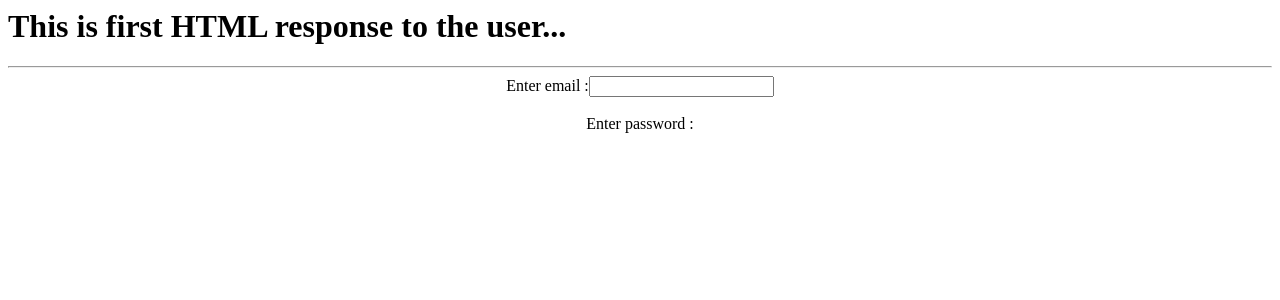
Repository: devandevare/Java
Page: http://localhost/first-web-app/sing-up
An editor plug-in stored every save of this project. The page is shown before and after the next save, followed by the edit.
The browser window is 1280 px wide. The pictures show the whole page.
The page is served by Tomcat 9.

Above is the page before, as saved 2022-09-25 07:56:08.

### Adv Java/Projects/first-web-app/src/main/java/FirstServlet.java


import java.io.IOException;
import java.io.PrintWriter;

import javax.servlet.ServletException;
import javax.servlet.annotation.WebServlet;
import javax.servlet.http.HttpServlet;
import javax.servlet.http.HttpServletRequest;
import javax.servlet.http.HttpServletResponse;

@WebServlet("/sing-up")
public class FirstServlet extends HttpServlet {
	private static final long serialVersionUID = 1L;


	protected void service(HttpServletRequest request, HttpServletResponse response) throws ServletException, IOException {

		System.out.println("This is the servelet");
		response.setContentType("text/html");

		PrintWriter out=response.getWriter();
		out.print("<h1>This is first HTML response to the user...</h1>");
		out.print("<hr>");

		out.print("<div align='center'>");
		out.print("<form action='' method='post'>");
		out.print("<label>Enter email :</label>");
		out.print("<input type='email' name='email'> </input>");
		out.print("<br/><br/>");
		out.print("<label>Enter password :</label>	");
		out.print("");
		out.print("");
		out.print("");
		out.print("");
	}

}

After the next save:
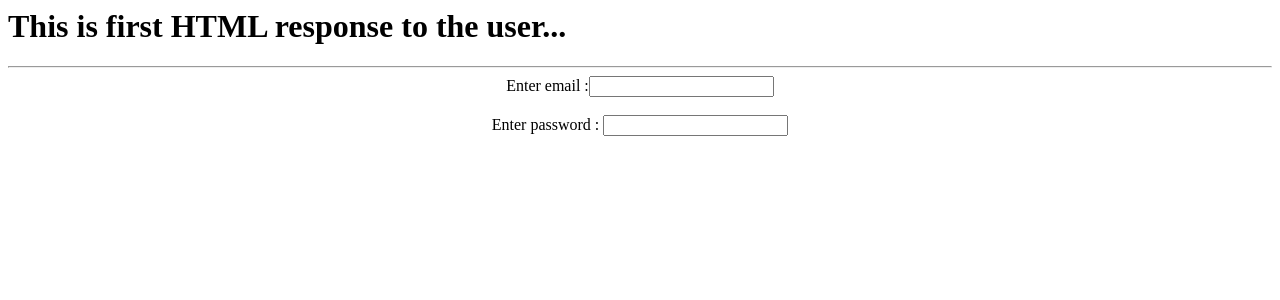
Saved 22 s later.
--- a/Adv Java/Projects/first-web-app/src/main/java/FirstServlet.java
+++ b/Adv Java/Projects/first-web-app/src/main/java/FirstServlet.java
@@ -29,7 +29,7 @@ public class FirstServlet extends HttpServlet {
 		out.print("<input type='email' name='email'> </input>");
 		out.print("<br/><br/>");
 		out.print("<label>Enter password :</label>	");
-		out.print("");
+		out.print("<input type='password' name='password'> </input>");
 		out.print("");
 		out.print("");
 		out.print("");
